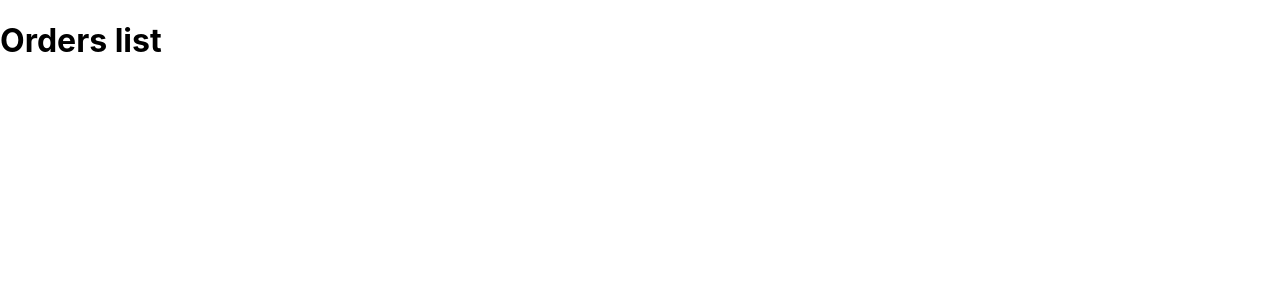
Repository: FS-23/react-navigation
Page: /
An editor plug-in stored every save of this project. The page is shown before and after the next save, followed by the edit.
The browser window is 1280 px wide. The pictures show the whole page.
The project was rebuilt for these pictures with package versions that can differ from the ones it lists, and the page was loaded fresh each time. Also part of the build but not shown: src/components/Article.js.

Above is the page before, as saved 2022-05-06 14:15:06.

### src/App.js

import OrderList from "./components/OrderList";
import Article from "./components/Article";
function App() {
  return (
    <div className="App">
        <OrderList />
    </div>
  );
}

export default App;

### src/components/OrderList.js
import { getOrders , addOrder} from '../API/orders'
import { useEffect, useState , useContext } from 'react'
function OrderList(){
    let [ orders , setOrders] = useState([])
    useEffect(()=> {
        // addOrder({
        //     name: "Pizza hut",
        //     price: 12
        // })
        // console.log('getOrders:', getOrders() )

        setOrders(getOrders())
    }, [orders])

    return (
        <>
           <h1>Orders list</h1>
           <div>
               <ul>
                 {
                    orders.map((order , index)=> <li key={index}>order.name</li>)
                 }
               </ul>
           </div>
        </>
    )
}

export default OrderList

### src/API/orders.js
const orders = [];

export function getOrders(){
    return orders
}

export function addOrder(obj){
    obj.id = orders.length + 1;
    orders.push(obj)
    return orders
}

export function getOrder(id){
    let order = orders.find((_order)=> _order.id == id)
    return order
}

export function changeOrderStatus(id, status){
    for(let order of orders){
        if(order.id == id) {
            order.status = status
            break
        }
    }

    return orders
    //   orders.forEach( order => {
    //       if(order.id == id) order.status = status
    //   })
}

export function removeOrder(id){
     orders.forEach( (order , index) => {
         if(order.id == id) orders.splice(index,1)
     })

     return orders
}

Loaded but not shown: public/index.html (common file); src/index.js (common file); src/index.css (common file)

After the next save:
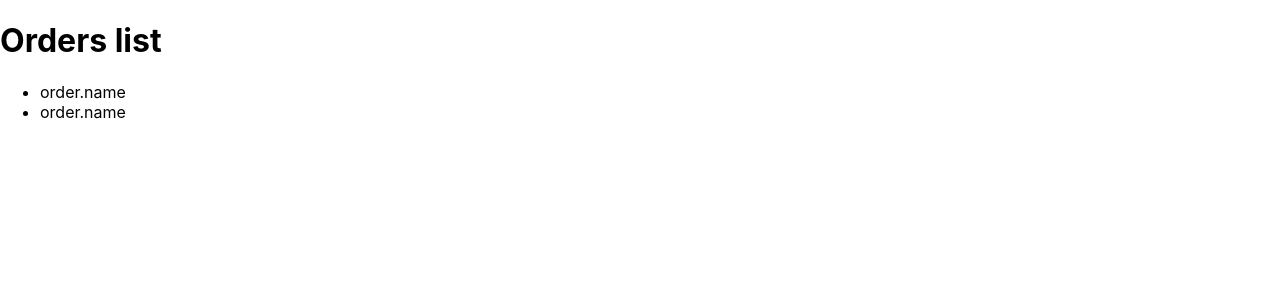
Saved 12 s later.
--- a/src/components/OrderList.js
+++ b/src/components/OrderList.js
@@ -3,10 +3,10 @@
 function OrderList(){
     let [ orders , setOrders] = useState([])
     useEffect(()=> {
-        // addOrder({
-        //     name: "Pizza hut",
-        //     price: 12
-        // })
+        addOrder({
+            name: "Pizza hut",
+            price: 12
+        })
         // console.log('getOrders:', getOrders() )
 
         setOrders(getOrders())
